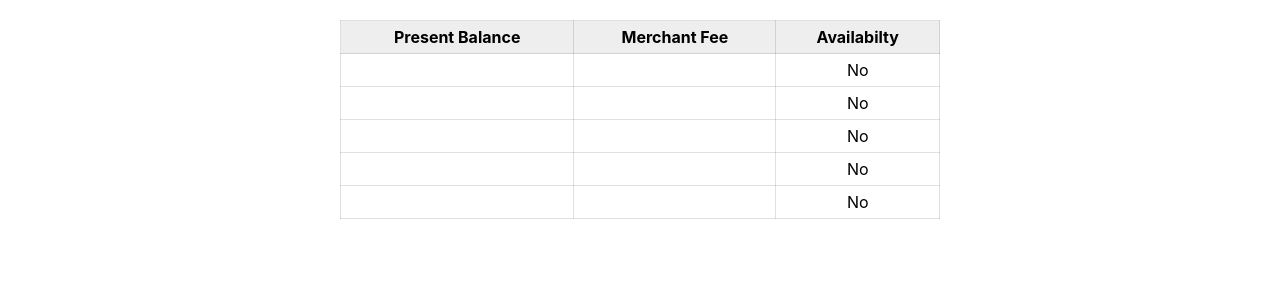
Repository: Anubhavgarg/pomelopay
Page: / (app in my-app/)
These files come from the project's save history. The page is drawn as it stood at one moment and after the next save; the edit follows.
The browser window is 1280 px wide. The pictures show the whole page.
The project was rebuilt for these pictures with package versions that can differ from the ones it lists, and the page was loaded fresh each time.

Above is the page before, as saved 2020-02-22 00:18:08.

After the next save:
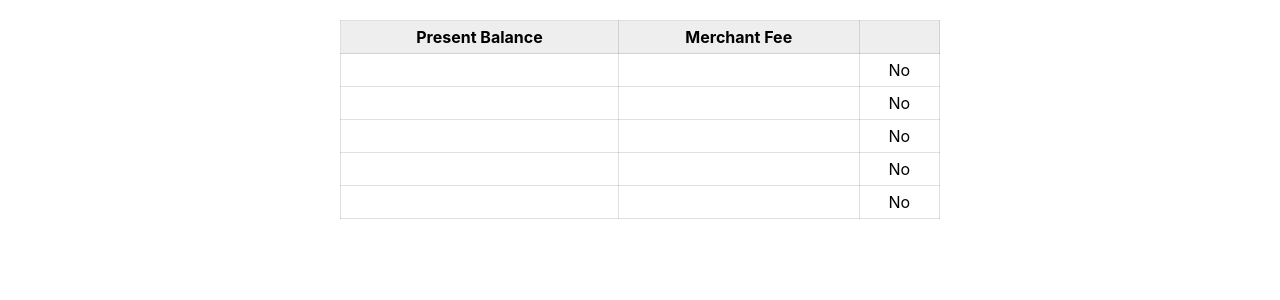
Saved 4 s later.
--- a/my-app/src/App.js
+++ b/my-app/src/App.js
@@ -20,7 +20,7 @@ function App() {
           <tr>
             <th>Present Balance</th>
             <th>Merchant Fee</th>
-            <th>Availabilty</th>
+            <th></th>
           </tr>
         </thead>
         <tbody>
